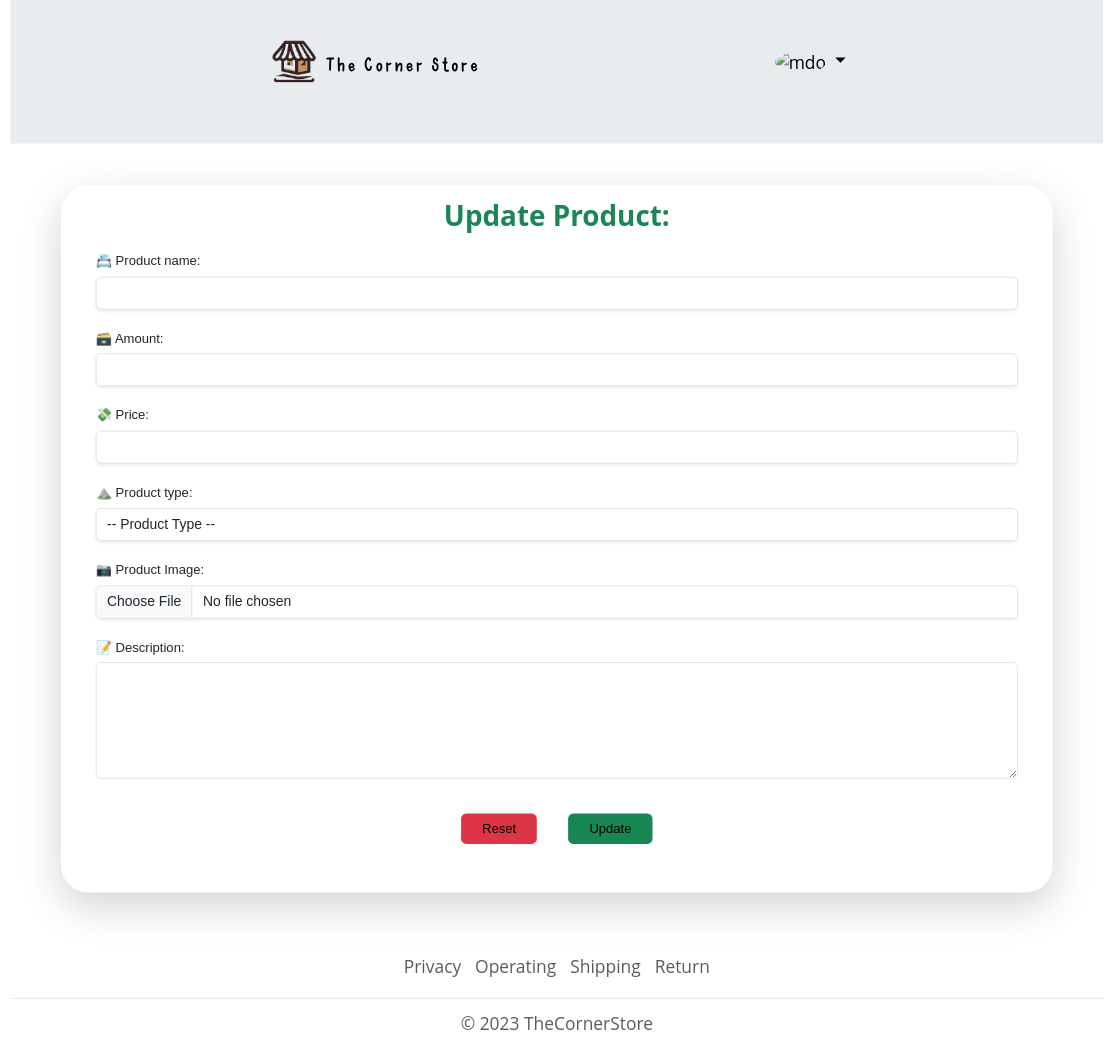
Repository: mintdunno/ass2-fullStack
Page: views/update-product.ejs
The author's editor kept a copy of each file at every save. The page is drawn from the files as they stood at one save, then again after the next save.
The browser window is 1280 px wide. The pictures show the whole page, at 87% of full size.
The page is served by the project's Node server (index.js). The template is opened directly, without the code that normally fills it, so the values that code supplies are empty.

Above is the page before, as saved 2023-09-24 10:30:00.

After the next save:
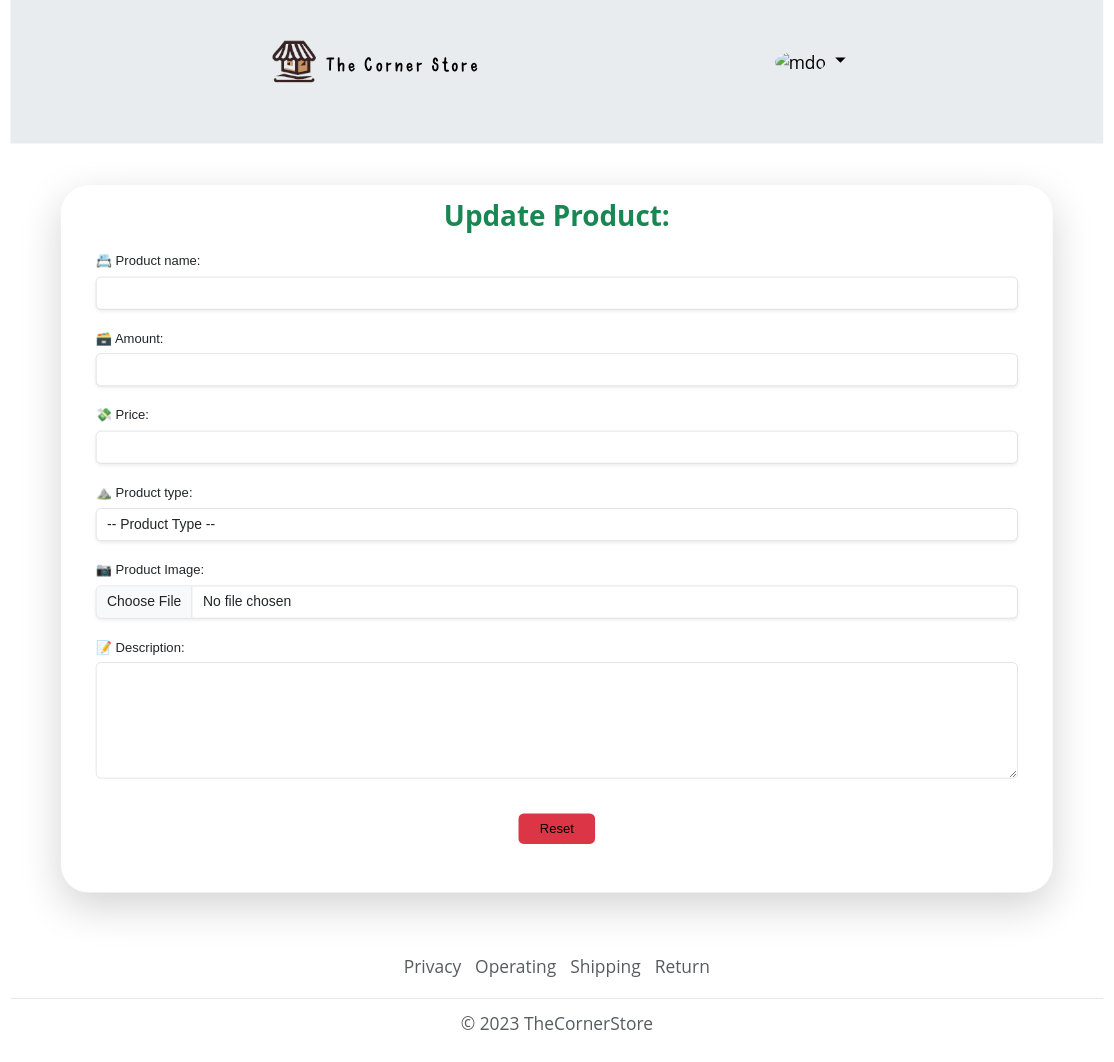
Saved 2 min 8 s later.
--- a/views/update-product.ejs
+++ b/views/update-product.ejs
@@ -70,7 +70,26 @@
                 <div id="error" style="color: red !important;" class="text-center"></div>
                 <div class="text-center">
                     <button type="reset" class="rounded border-0 px-4 py-2 bg-danger m-3">Reset</button>
-                    <button type="submit" class="rounded border-0 px-4 py-2 bg-success m-3">Update</button>
+                    <div class="modal fade" id="exampleModal" tabindex="-1" aria-labelledby="exampleModalLabel"
+                        aria-hidden="true">
+                        <div class="modal-dialog">
+                            <div class="modal-content">
+                                <div class="modal-header">
+                                    <h1 class="modal-title fs-5" id="exampleModalLabel">Add New Product</h1>
+                                    <button type="button" class="btn-close" data-bs-dismiss="modal"
+                                        aria-label="Close"></button>
+                                </div>
+                                <div class="modal-body">
+                                    Do you wanna add new product ?
+                                </div>
+                                <div class="modal-footer">
+                                    <button type="button" class="btn btn-secondary"
+                                        data-bs-dismiss="modal">Close</button>
+                                    <button type="submit" class="btn btn-primary">Save changes</button>
+                                </div>
+                            </div>
+                        </div>
+                    </div>
                 </div>
             </form>
         </div>
